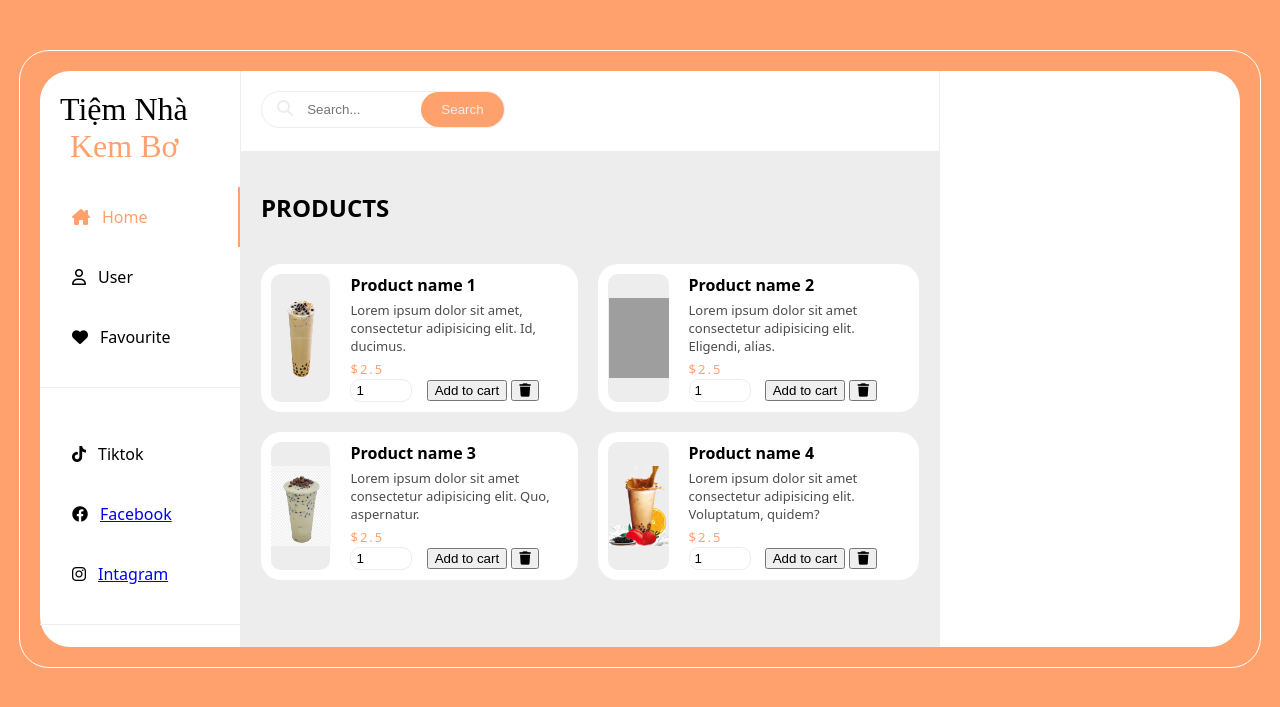
Repository: hnguyeng/tiemnhabo
Page: index.html
The author's editor kept a copy of each file at every save. The page is drawn from the files as they stood at one save, then again after the next save.
The browser window is 1280 px wide. The pictures show the whole page.
Pictures or frames that could not be fetched are drawn as grey boxes.

Above is the page before, as saved 2022-12-13 16:19:34.

### index.html
<!DOCTYPE html>
<html lang="en">
<head>
    <meta charset="UTF-8">
    <meta http-equiv="X-UA-Compatible" content="IE=edge">
    <meta name="viewport" content="width=device-width, initial-scale=1.0">
    <title>Document</title>
    <link rel="stylesheet" href="./style.css">
    <link rel="stylesheet" href="https://cdnjs.cloudflare.com/ajax/libs/font-awesome/6.2.1/css/all.min.css">
</head>
<body>
    <div class="container">
        <div class="menu">
            <div class="logo">
                Tiệm Nhà <span>Kem Bơ</span>
            </div>
            <ul>
                <li class="active"><i class="fa-solid fa-house-chimney"></i>Home</li>
                <li><i class="fa-regular fa-user"></i>User</li>
                <li><i class="fa-solid fa-heart"></i>Favourite</li>
            </ul>
            <ul>
                <li><i class="fa-brands fa-tiktok"></i>Tiktok</li>
                <li><i class="fa-brands fa-facebook"></i><a href="https://www.facebook.com/Hin229/">Facebook</a> </li>
                <li><i class="fa-brands fa-instagram"></i><a href="https://www.instagram.com/n.q.h.2209/">Intagram</a></li>
            </ul>
        </div>
        <div class="center">
            <div class="search">
                <div class="form">
                    <i class="fa-solid fa-magnifying-glass"></i>
                    <input type="text" placeholder="Search...">
                    <button>Search</button>
                </div>
            </div>
            <h2>PRODUCTS</h2>
            <div class="list">
                <div class="item" data-key="1">
                    <div class="img">
                        <img src="./img/freepng1191-tra-sua-nuoc-giai-khat-do-uong-png-hinh-tach-nen-14.png" alt="">
                    </div>
                    <div class="content">
                        <div class="title">Product name 1</div>
                        <div class="des">
                           Lorem ipsum dolor sit amet, consectetur adipisicing elit. Id, ducimus.
                        </div>
                        <div class="price">$2.5</div>
                        <input type="number" class="count" min="1" value="1">
                        <button class="add">Add to cart</button>
                        <button class="remove"><i class="fa-solid fa-trash"></i></button>
                    </div>
                </div>
                <div class="item" data-key="2">
                    <div class="img">
                        <img src="./img/freepng1205-tra-sua-nuoc-giai-khat-do-uong-png-hinh-tach-nen-28.png" alt="">
                    </div>
                    <div class="content">
                        <div class="title">Product name 2</div>
                        <div class="des">
                            Lorem ipsum dolor sit amet consectetur adipisicing elit. Eligendi, alias.
                        </div>
                        <div class="price">$2.5</div>
                        <input type="number" class="count" min="1" value="1">
                        <button class="add">Add to cart</button>
                        <button class="remove"><i class="fa-solid fa-trash"></i></button>
                    </div>
                </div>
                <div class="item" data-key="3">
                    <div class="img">
                        <img src="./img/kisspng-milkshake-milk-tea-red-bean-milk-tea-picture-material-5a96606943e004.536732111519804521278.jpg" alt="">
                    </div>
                    <div class="content">
                        <div class="title">Product name 3</div>
                        <div class="des">
                            Lorem ipsum dolor sit amet consectetur adipisicing elit. Quo, aspernatur.
                        </div>
                        <div class="price">$2.5</div>
                        <input type="number" class="count" min="1" value="1">
                        <button class="add">Add to cart</button>
                        <button class="remove"><i class="fa-solid fa-trash"></i></button>
                    </div>
                </div>
                <div class="item" data-key="4">
                    <div class="img">
                        <img src="./img/taifree1436-ly-tra-sua-huong-dau.png" alt="">
                    </div>
                    <div class="content">
                        <div class="title">Product name 4</div>
                        <div class="des">
                            Lorem ipsum dolor sit amet consectetur adipisicing elit. Voluptatum, quidem?
                        </div>
                        <div class="price">$2.5</div>
                        <input type="number" class="count" min="1" value="1">
                        <button class="add">Add to cart</button>
                        <button class="remove"><i class="fa-solid fa-trash"></i></button>
                    </div>
                </div>
            </div>
        </div>
        <div class="cart"></div>
    </div>
</body>
</html>

### style.css
 @import url('https://fonts.googleapis.com/css2?family=Roboto&display=swap');
 :root{
    --white: #fff;
    --light: #eeeded;
    --orange: #FFA16C;
 }
 body {
    background-color: var(--orange);
    font-family: system-ui;
    overflow: hidden;
 }
 .container{
    width: 1200px;
    border: 1px solid var(--white);
    max-width: 100%;
    margin: 50px auto 0;
    display: grid;
    grid-template-columns: 200px auto 300px;
    padding: 20px;
    border-radius: 30px;
    min-height: 80vh;
 }
 .container .menu{
    background-color: var(--white);
    border-top-left-radius: 30px;
    border-bottom-left-radius: 30px;
 }
 .container .cart{
    background-color: var(--white);
    border-top-right-radius: 30px;
    border-bottom-right-radius: 30px;
 }
 .container .center{
    background-color: var(--light);
    border-left: 1px solid var(--light);
    border-right: 1px solid var(--light);
 }
 /* menu */
 .menu .logo{
    padding: 20px 0 20px 20px ;
    font-family: 'lobster', cursive;
    font-size: xx-large;
    height: 40px;
 }
 .menu .logo span{
   color: var(--orange);
   margin-left: 10px;
 }
 .menu ul{
   padding: 20px 0 20px 20px;
   list-style:  none;
   border-bottom: 1px solid var(--light);
 }
 .menu ul li{
   padding: 10px 0;
 }
 .menu ul li i{
   margin: 12px;
 }
 .menu ul li.active{
   color: var(--orange);
   border-right: 2px solid var(--orange);
 }
 .menu ul li:hover{
   color: var(--orange);
   border-right: 2px solid var(--orange);
 }
 /* end menu */
 /* center */
 /* form */
 .center .search{
   background-color: var(--white);
   padding: 20px;
   height: 40px;
 }
 .center .search .form{
   width: max-content;
   border: 1px solid var(--light);
   border-radius: 20px;
   padding-left: 15px;
   color: var(--light);
 }
 .center .search .form input{
   border: none;
   padding: 0 10px;
   outline: none;
   width: 100px;
 }
 .center .search .form button{
   border: none;
   background-color: var(--orange);
   color: var(--light);
   padding: 10px 20px;
   border-radius: 20px;
 }
 /* end form */
 .item .img img{
   width: 60px;
   height: 80px;
 }
 .item .img{
  border-radius: 10px;
   background-color: var(--light);
   display: flex;
   justify-content: center;
   align-items: center;
 }
.center h2{
   padding: 20px;
}
.center .list{
   padding: 0 20px 20px;
   display: grid;
   grid-template-columns: auto auto;
   column-gap: 20px;
   row-gap: 20px;
}
.item{
   background-color: var(--white);
   display: grid;
   grid-template-columns: 20% auto;
   padding: 10px;
   column-gap: 20px;
   border-radius: 20px;
}
.item .content .title{
   font-weight: bold;
}
.item .content .des{
   font-size: small;
   opacity: 0.7;
   margin-top: 5px;
}
.item .content .price{
   color: var(--orange);
   letter-spacing: 2px;
   font-weight: 500;
   font-size: small;
   margin-top: 5px;
}
.item .count{
   width: 50px;
   border-radius: 10px;
   margin-right: 10px;
   padding: 3px 5px;
   border: 1px solid var(--light);
   outline: none;
}

 /* end center */

After the next save:
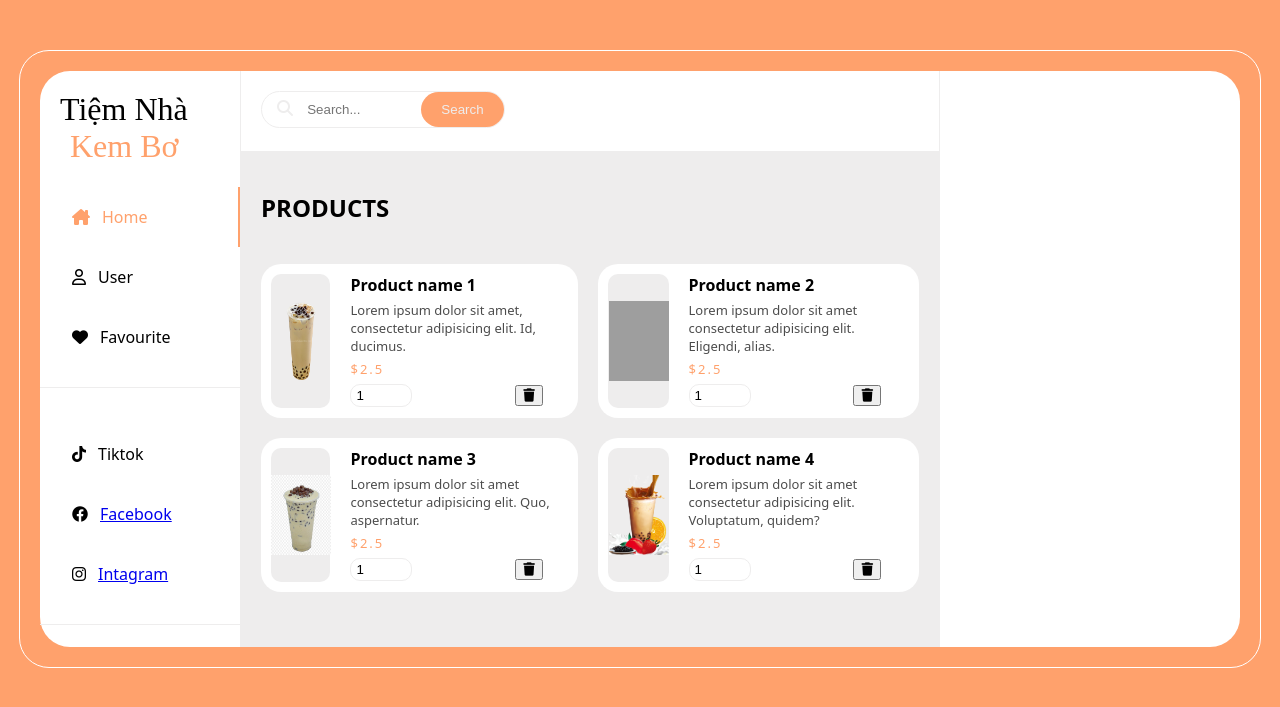
Saved 2 min 41 s later.
--- a/style.css
+++ b/style.css
@@ -146,5 +146,12 @@
    border: 1px solid var(--light);
    outline: none;
 }
-
+.item .content .add{
+   margin-top: 5px;
+   background-color: var(--orange);
+   color: var(--white);
+   padding: 5px 10px;
+   border: none;
+   background: 5px;
+}
  /* end center */
